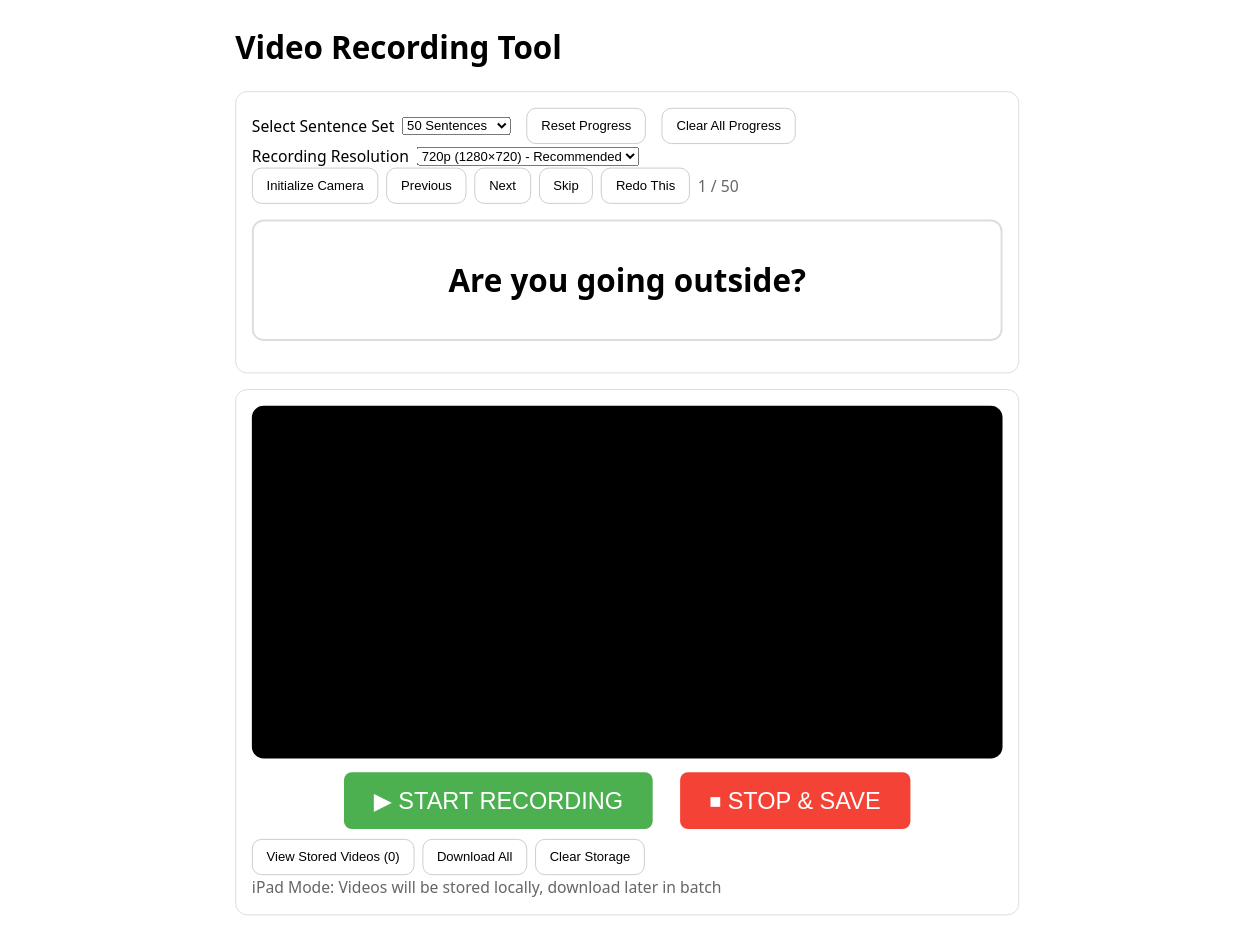
Repository: video2speech/video2speech.github.io
Page: index.html
An editor plug-in stored every save of this project. The page is shown before and after the next save, followed by the edit.
The browser window is 1280 px wide. The pictures show the whole page, at 98% of full size.

Above is the page before, as saved 2025-09-04 06:25:02.

After the next save:
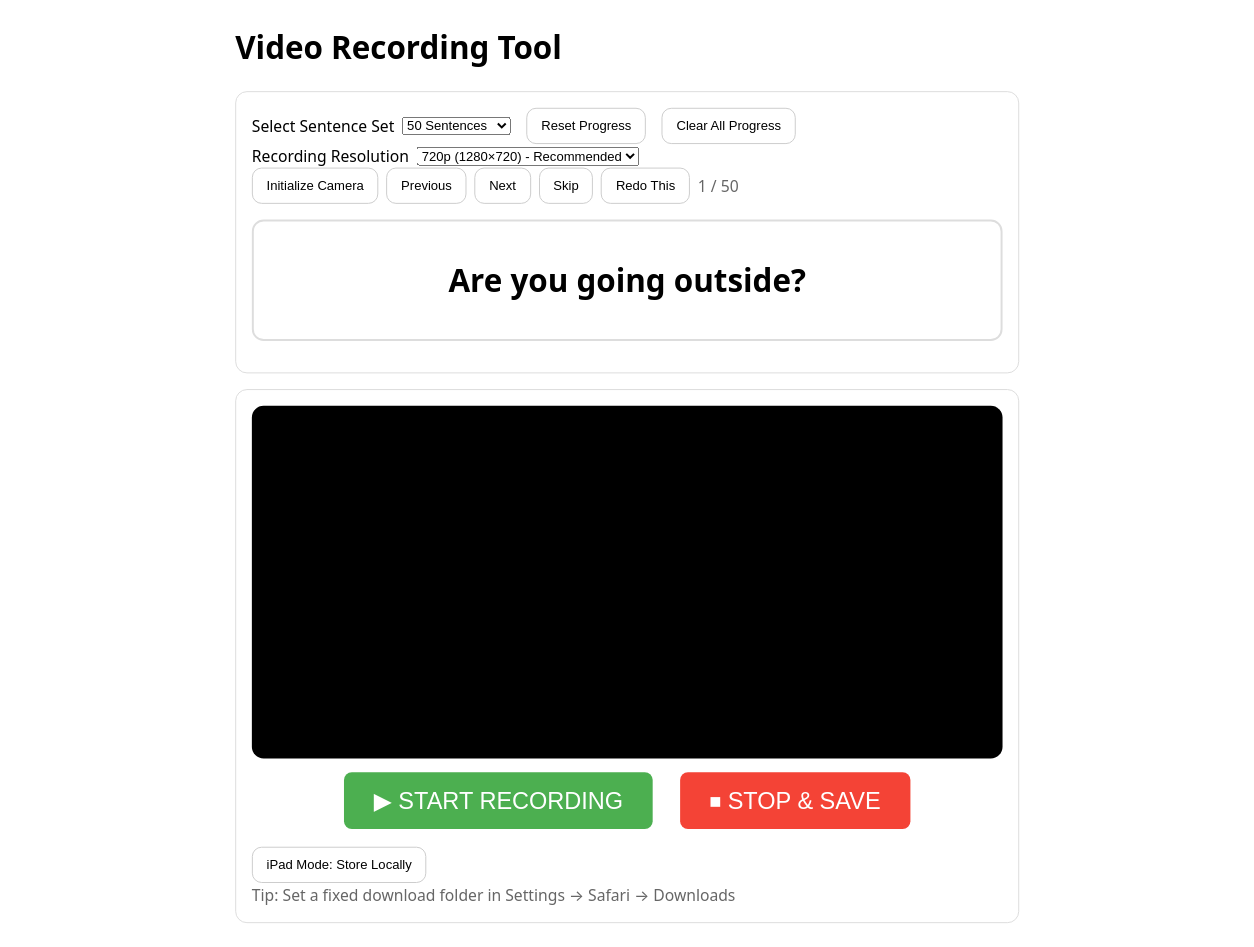
Saved 11 s later.
--- a/index.html
+++ b/index.html
@@ -12,8 +12,6 @@
   input,textarea{width:100%;padding:10px;border-radius:10px;border:1px solid #ccc}
   .big{font-size:1.4rem;font-weight:600;margin:8px 0}
   .muted{color:#666}
-  @keyframes blink { 0%, 50% { opacity: 0.3; } 51%, 100% { opacity: 1; } }
-  .recording-ready { background-color: #4CAF50 !important; color: white !important; }
 </style>
 <body>
   <h1>Video Recording Tool</h1>
@@ -58,15 +56,18 @@
     <div class="row" style="justify-content: center; margin-top: 10px;">
       <div id="recordingStatus" style="font-size: 1.2rem; font-weight: bold; color: #f44336; display: none;">🔴 RECORDING IN PROGRESS</div>
     </div>
+    <div class="row" style="margin-top:8px">
+      <button id="downloadMode" onclick="toggleDownloadMode()">iPad Mode: Store Locally</button>
+    </div>
     <div class="row">
-      <button id="viewStored">View Stored Videos (0)</button>
-      <button id="downloadAll">Download All</button>
-      <button id="clearAll">Clear Storage</button>
+      <button id="viewStored" style="display:none">View Stored Videos (0)</button>
+      <button id="downloadAll" style="display:none">Download All</button>
+      <button id="clearAll" style="display:none">Clear Storage</button>
       <span class="muted" id="resolutionInfo"></span>
       <span class="muted" id="storageInfo"></span>
     </div>
     <div class="row">
-      <span class="muted" id="downloadTip">iPad Mode: Videos will be stored locally, download later in batch</span>
+      <span class="muted" id="downloadTip">Tip: Set a fixed download folder in Settings → Safari → Downloads</span>
     </div>
   </div>
 
@@ -76,9 +77,8 @@ let stream, mediaRecorder, chunks = [];
 let sentences = [];
 let idx = 0;
 let recording = false;
-let storageMode = true; // Default to iPad mode (store locally)
+let storageMode = false; // false=direct download, true=store locally
 let isRedo = false; // flag for redo mode
-let preparing = false; // flag for preparation state
 let db;
 
 // Initialize IndexedDB
